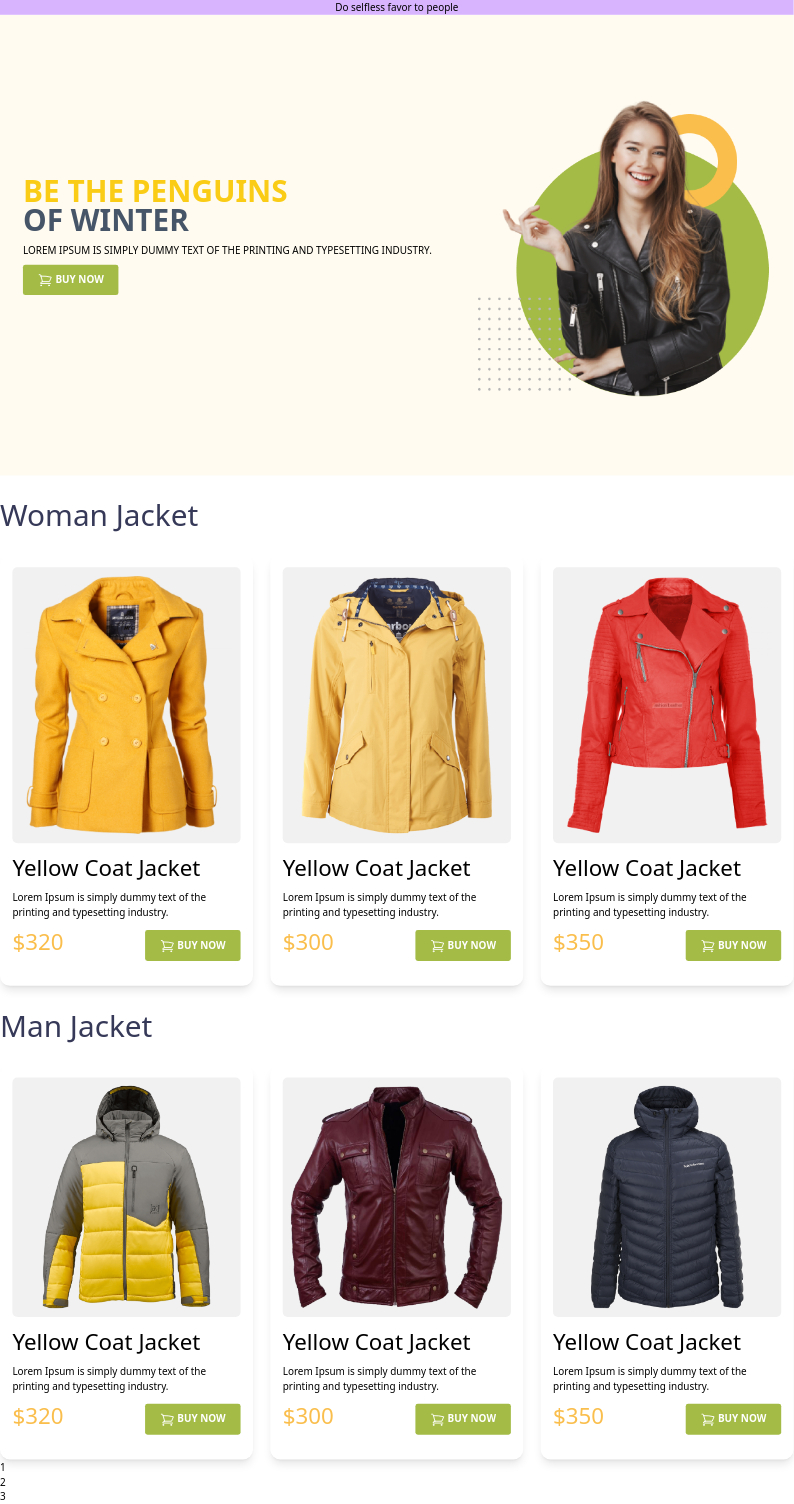
Repository: zjria/penguin-e-commerce-fashion
Page: index.html
These files come from the project's save history. The page is drawn as it stood at one moment and after the next save; the edit follows.
The browser window is 1280 px wide. The pictures show the whole page, at 62% of full size.
Some web libraries are served in a nearby version.

Above is the page before, as saved 2022-10-07 09:19:47.

After the next save:
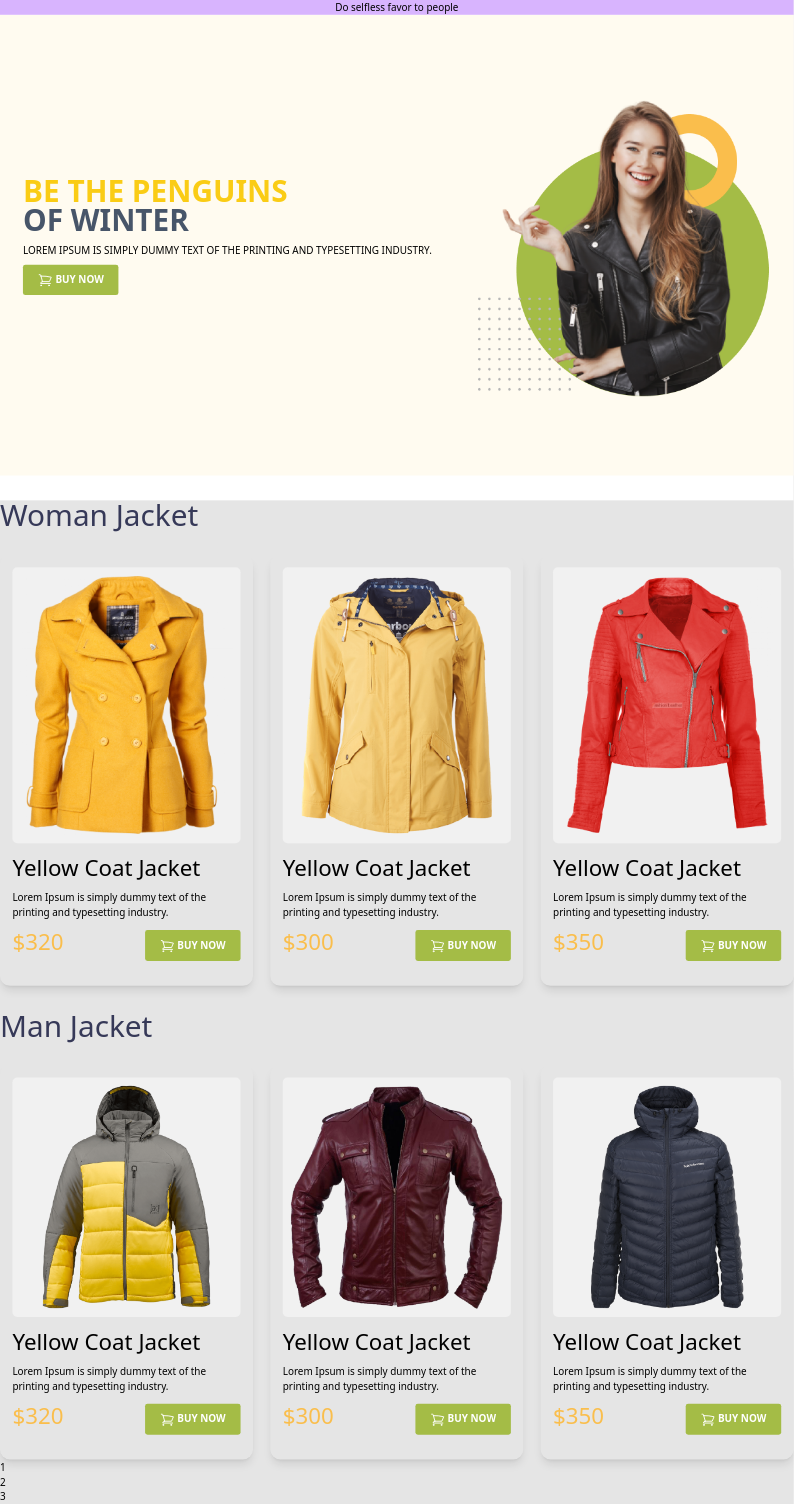
Saved 15 s later.
--- a/index.html
+++ b/index.html
@@ -62,7 +62,7 @@
     </header>
 
     <!-- Main Section Start -->
-    <main>
+    <main class="bg-main_color">
         <!-- Woman Jacket -->
         <section class="container mx-auto">
             <h2 class="text-5xl my-10 text-main_text_color font-header_text">Woman Jacket</h2>
